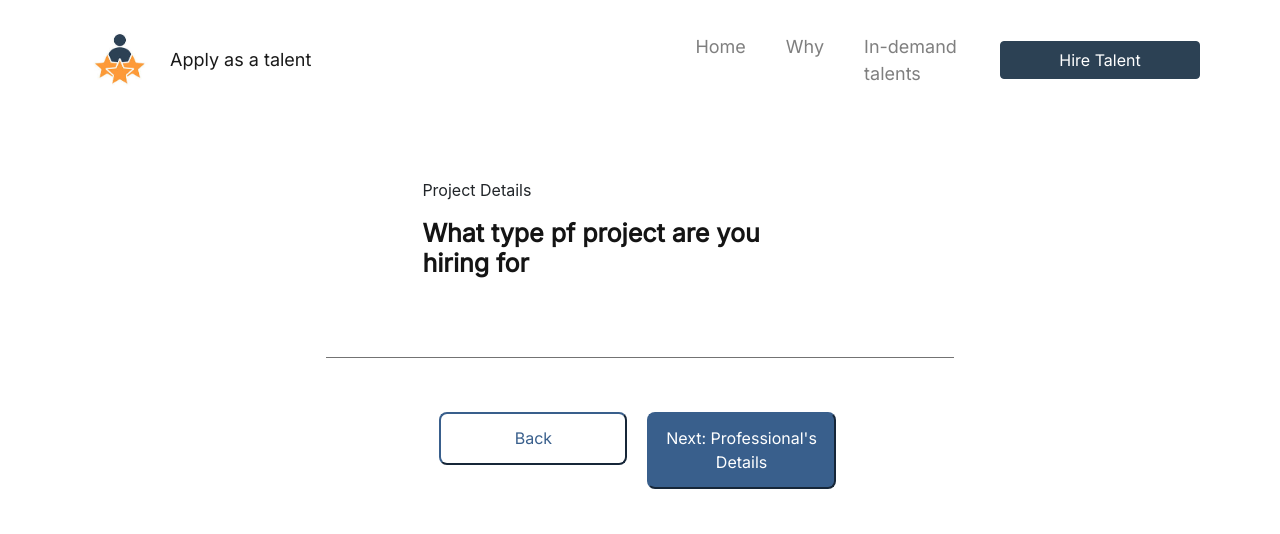
Repository: Ashwe9/talent-hire-reactJs
Page: /projectdetails
An editor plug-in stored every save of this project. The page is shown before and after the next save, followed by the edit.
The browser window is 1280 px wide. The pictures show the whole page.
The project was rebuilt for these pictures with package versions that can differ from the ones it lists, and the page was loaded fresh each time. Also part of the build but not shown: src/homePage/components/TrustedBy/TrustedBy.css, src/homePage/components/TrustedBy/TrustedBy.js, src/homePage/components/Roles/Roles.css, src/homePage/components/Roles/Roles.js, src/homePage/components/homePageFooter/HomePageFooter.css, src/homePage/components/homePageFooter/HomePageFooter.js, src/homePage/HomePage.js, src/kpisPage/Header.js and 5 more.

Above is the page before, as saved 2022-08-20 12:51:43.

After the next save:
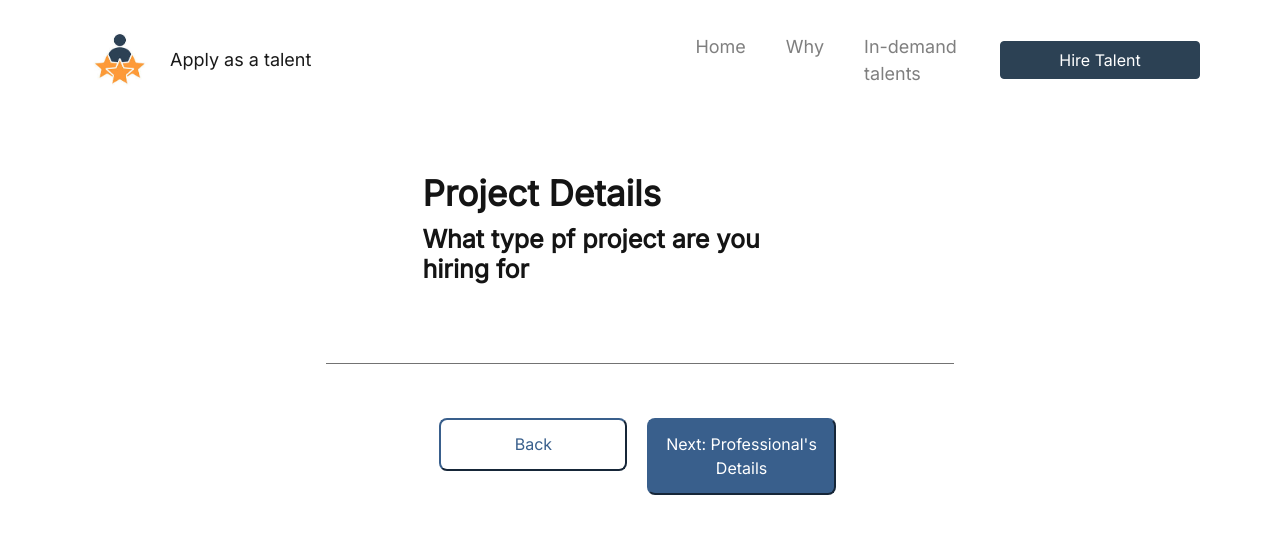
Saved 8 s later.
--- a/src/projectDetails/Header.css
+++ b/src/projectDetails/Header.css
@@ -6,7 +6,7 @@
     width: 35%;
 }
 
-.header-by-title{
+.header{
     font-family: "Inter";
     font-style: bolder;
     font-weight: 700;
